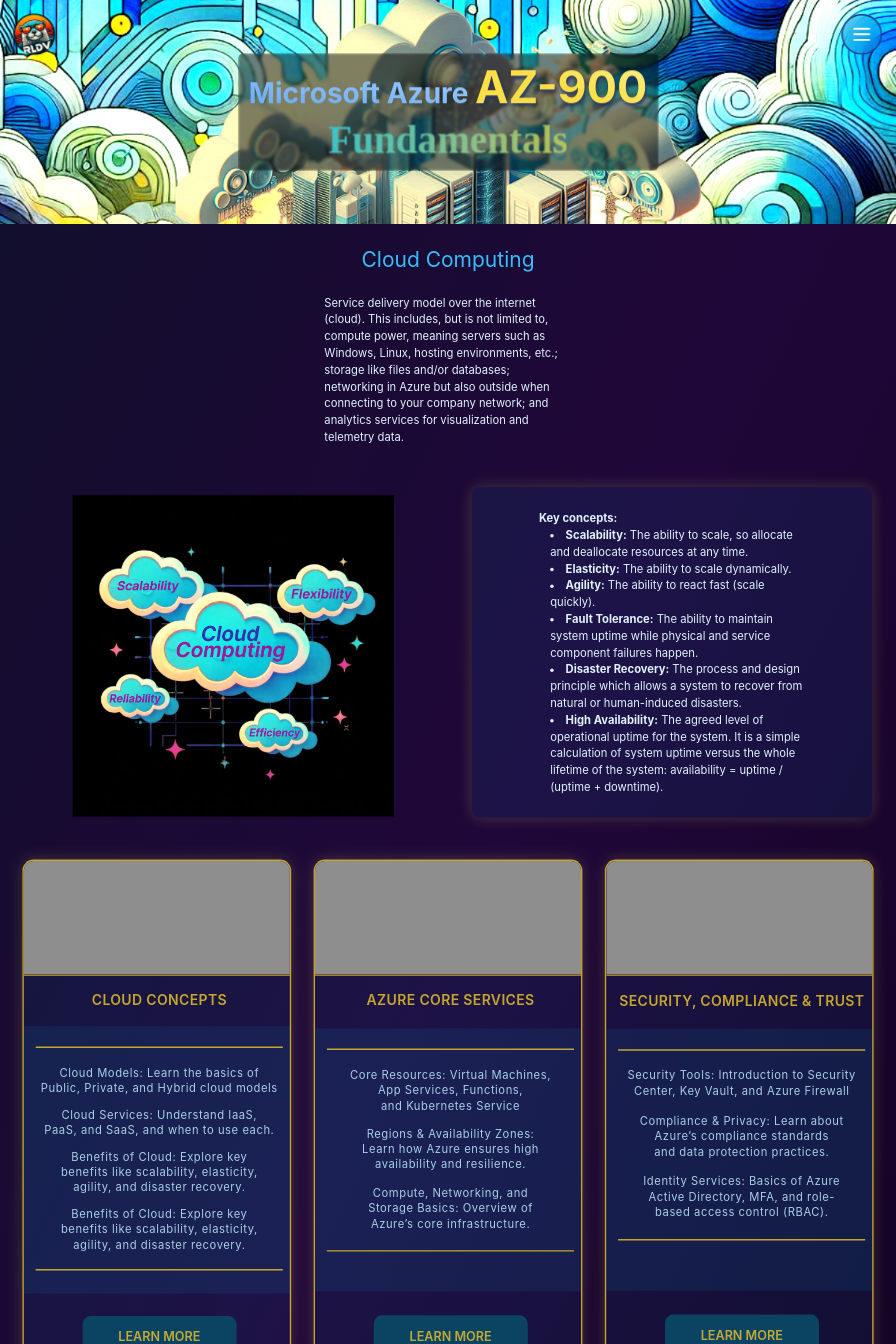
Repository: Freezler/az-900_svelte5
Page: /
An editor plug-in stored every save of this project. The page is shown before and after the next save, followed by the edit.
The browser window is 1280 px wide. The pictures show the part of the page from y = 0 to 1920 px (the page is 2706 px tall), at 70% of full size.
Pictures or frames that could not be fetched are drawn as grey boxes. The project was rebuilt for these pictures with package versions that can differ from the ones it lists, and the page was loaded fresh each time. The framework's server and built-in components were replaced by stand-ins that run in the browser. Also part of the build but not shown: vite.config.ts.

Above is the page before, as saved 2024-11-10 10:57:30.

### src/app.html
<!doctype html>
<html lang="en">
	<head>
		<meta charset="utf-8" />
		<link rel="icon" href="%sveltekit.assets%/favicon.png" />
		<meta name="viewport" content="width=device-width, initial-scale=1" />
		%sveltekit.head%
	</head>
	<body data-sveltekit-preload-data="hover" >
		<div style="display: contents">%sveltekit.body%</div>
	</body>
</html>

### src/routes/+layout.svelte
<script lang="ts">
	import '../app.css';
	let { children } = $props();

</script>

<div class="bg-gradient-to-br from-[#0d0c28fc] via-[#1b0135f9] to-[#10021e] bg-cover bg-center bg-no-repeat ">{@render children()}</div>

### src/routes/+page.svelte
<script lang="ts">
	import ComputingArticle from '../components/ComputingArticle.svelte';

	import Toggle from '../components/Toggle.svelte';
	import Header from '../components/Header.svelte';
	import Popover from '../components/Menu.svelte';
	import Cards from '../components/Cards.svelte';
	import Login from '../components/Login.svelte';
</script>

<header class="">
	<Popover />
	<Header />
</header>
<main>
	<section>
		<ComputingArticle />
		<Cards />
	</section>
	<aside><Toggle /></aside>
	<footer><Login /></footer>
</main>

### src/app.css
@tailwind base;
@tailwind components;
@tailwind utilities;

:root {
  --text-color  : rgba(244, 205, 48, 0.888);
  --bg-color    : hsla(217, 87%, 3%, 0.298);
  --bg-color2   : hsla(299, 91%, 31%, 0.974);
  --bg-gradient : 135deg, rgba(237, 249, 10, .7) 0%, rgba(216, 204, 37, 0.7) 35%, rgba(0, 212, 255, 0.7) 100%;
  --bg-gradient2: 90deg, rgba(216, 204, 37, 0.5) 0%, rgba(0, 212, 255, 0.5) 70%;
}

* {
  margin     : 0;
  padding    : 0;
  box-sizing : border-box;
  user-select: none;
  /* outline : 1px dotted red; */
}

body {
  font-family: 'Inter', sans-serif;


}

### src/components/ComputingArticle.svelte
<div class="grid items-center justify-center gap-8 place-self-center text-sky-100 w-[35ch] pt-8">
	<h2 class="text-3xl text-center text-sky-400">Cloud Computing</h2>
	<p>
		Service delivery model over the internet (cloud). This includes, but is not limited to, compute
		power, meaning servers such as Windows, Linux, hosting environments, etc.; storage like files
		and/or databases; networking in Azure but also outside when connecting to your company network;
		and analytics services for visualization and telemetry data.
	</p>
</div>

<section class="grid items-center grid-cols-1 lg:grid-cols-2 justify-center place-items-center place-self-center place-content-center gap-0	z-10 text-start">
	<img
		src="../public/images/cloud.png"
		alt="cloudSolutions"
		loading="lazy"

		class=" w-full md:w-[672px]  mx-auto rounded-2xl overflow-hidden  pr-12 -mt-8"
	/>
	<article
		class=" bg-sky-600/10  text-sky-100 px-24 py-8 w-[572px] mt-8 rounded-xl shadow-[0_0px_22px_rgba(255,255,99,0.2)]"
	>
		<p><strong>Key concepts:</strong></p>
		<ul class="list-inside list-disc pl-4">
			<li>
				<strong>Scalability:</strong> The ability to scale, so allocate and deallocate resources at any
				time.
			</li>
			<li><strong>Elasticity:</strong> The ability to scale dynamically.</li>
			<li><strong>Agility:</strong> The ability to react fast (scale quickly).</li>
			<li>
				<strong>Fault Tolerance:</strong> The ability to maintain system uptime while physical and service
				component failures happen.
			</li>
			<li>
				<strong>Disaster Recovery:</strong> The process and design principle which allows a system to
				recover from natural or human-induced disasters.
			</li>
			<li>
				<strong>High Availability:</strong> The agreed level of operational uptime for the system. It
				is a simple calculation of system uptime versus the whole lifetime of the system: availability
				= uptime / (uptime + downtime).
			</li>
		</ul>
	</article>
</section>

### src/components/Toggle.svelte
<script lang="ts">

	let name = $state('Randy');
	let status: 'DARK' | 'LIGHT' = $state('DARK');
	let full_name = $derived(name + ' ' + 'de vries');

	function toggle() {
		status = status === 'DARK' ? 'LIGHT' : 'DARK';
	}

	function onclick() {
		status = status === 'DARK' ? 'LIGHT' : 'DARK';
		window.document.body.classList.toggle('dark-mode')
	}
</script>

<div class="max-w-[400px] mx-auto grid place-items-center items-center justify-center gap-2 border-2 p-4  py-8 my-4 bg-yellow-600/10">
		<p class="text-2xl font-serif text-white ">
			set theme: <span class="font-sans {status === 'LIGHT' ? 'text-gray-200' : 'text-red-900'}">{status}</span>
		</p>

		<!-- <button on:click={toggle}>toggle status</button> -->
		<button
			class=" w-[176px] rounded bg-blue-500 px-4 py-2 font-bold text-white hover:bg-blue-700 active:scale-[.98]"
			type="button"
			onclick={toggle}>Toggle theme</button
		>
	</div>

### src/components/Header.svelte
<script lang="ts">
	// Declare props
	let { name = 'AZ-900' } = $props();

	// Local state for the surname
	let surname = $state('Fundamentals');

	// Derived state for the full name
	let full_name = $derived(`${name} ${surname}`);
</script>

<div
	class="max-w-[100svw] z-100 mx-auto grid h-80 place-content-center place-items-center items-center justify-center bg-[url('/public/images/headImage.png')] bg-cover bg-top"
>
	<div class="grid backdrop-blur-[2px] px-4 rounded-lg backdrop-brightness-[.50] pb-4">
		<h1
			class="shadow-[rgba(7, 25, 224, 0.9)] drop bg-clip-text text-center text-[clamp(1rem,5vw,2.5rem)] font-bold text-transparent bg-gradient-to-tr from-blue-400 via-blue-300 to-blue-700  drop-shadow-[-2px_2px_2px_rgba(137, 25, 224, 0.9)]"
		>
			Microsoft Azure <span
				class="bg-gradient-to-tr from-yellow-300 via-yellow-300 to-yellow-200 bg-clip-text text-[clamp(2.8rem,5vw,8.5rem)] font-bold text-transparent drop-shadow-[2px_4px_2px_rgba(36,50,100,0.9)]"
				>{name}</span
			>
		</h1>
		<h3
			class="bg-clip-text text-6xl text-center text-[clamp(1rem,5vw,3.5rem)] font-[700] font-[montserrat] bg-gradient-to-r from-[hsl(192,88%,51%)] via-[--hsl(192,88%,71%)] to-[--text-color]  pb- text-transparent drop-shadow-[2px_4px_32px_rgba(6,100,150,0.9)] backdrop-brightness-[.90] "
		>
			{surname}
		</h3>
	</div>
</div>

### src/components/Menu.svelte
<script lang="ts">
	import { cubicInOut } from 'svelte/easing';
	import { fly } from 'svelte/transition';
	let showMenu: boolean = $state(false);


</script>

	<!-- Your existing code -->

<img
	src="/public/images/Design 2.png"
	alt="Ran form Logo"
	class="fixed left-[16px] top-[16px] w-[64px] rounded-full z-[200]"
/>
<button
	onclick={() => (showMenu = !showMenu)}
	class="fixed right-[20px] top-[20px] flex  h-[58px] w-[58px] items-center justify-center rounded-full bg-blue-600/20 backdrop-blur text-white border-2 border-blue-900"
>
	<svg
		xmlns="http://www.w3.org/2000/svg"
		class="h-8 w-8"
		fill="none"
		viewBox="0 0 24 24"
		stroke="currentColor"
	>
		{#if showMenu}
			<path
				stroke-linecap="round"
				stroke-linejoin="round"
				stroke-width="2"
				d="M6 18L18 6M6 6l12 12"
			/>
		{:else}
			<path
				stroke-linecap="round"
				stroke-linejoin="round"
				stroke-width="2"
				d="M4 6h16M4 12h16M4 18h16"
			/>
		{/if}
	</svg>
</button>

{#if showMenu}
	<ul
		class="items-center justify-center fixed bottom-0 right-0 z-100 grid h-[50vh] w-[100vw] border-t border-blue-900 place-content-center bg-blue-600/20 backdrop-blur text-white uppercase text-center text-xl z-[200]"
		transition:fly={{ y: 100, duration: 420, easing: cubicInOut }}
	>
		<li class="px-2 py-4 w-[80vw] underline underline-offset-4 transition-colors ease-linear duration-400 hover:bg-blue-600/20 rounded-t-lg  bg-blue-200/30">
			<a href="/">Home</a>
		</li>
		<li class=" px-2 py-4 transition-colors hover:underline underline-offset-4  ease-linear duration-400 hover:bg-blue-600/20  bg-blue-200/30">
			<a href="/concepts">Concepts</a>
		</li>
		<li class=" px-2 py-4 transition-colors hover:underline underline-offset-4 ease-linear duration-400 hover:bg-blue-600/20  bg-blue-200/30">
			<a href="/security">Security</a>
		</li>
		<li class="px-2 py-4 transition-colors  hover:underline underline-offset-4 ease-linear duration-400 hover:bg-blue-600/20 rounded-b-lg  bg-blue-200/30">
			<a href="/services">Services</a>
		</li>
	</ul>
{/if}

### src/components/Cards.svelte
<script>
	import { goto } from '$app/navigation';
	// Define your plans as an array of objects
	const concepts = [
		{
			url: 'concepts',
			image:
				'https://learn.microsoft.com/training/achievements/microsoft-azure-fundamentals-describe-cloud-concepts-social.png',
			name: 'Cloud Concepts',
			features: [
				'Cloud Models: Learn the basics of Public, Private, and Hybrid cloud models',
				'Cloud Services: Understand IaaS, PaaS, and SaaS, and when to use each.',
				'Benefits of Cloud: Explore key benefits like scalability, elasticity, agility, and disaster recovery.',
				'Benefits of Cloud: Explore key benefits like scalability, elasticity, agility, and disaster recovery.'

			]
		},
		{
			url: 'services',
			image:
				'https://images.unsplash.com/photo-1667372459510-55b5e2087cd0?q=80&w=1932&auto=format&fit=crop&ixlib=rb-4.0.3&ixid=M3wxMjA3fDB8MHxwaG90by1wYWdlfHx8fGVufDB8fHx8fA%3D%3D',
			name: 'Azure Core Services',
			features: [
				'Core Resources: Virtual Machines, App Services, Functions, and Kubernetes Service',
				'Regions & Availability Zones: Learn how Azure ensures high availability and resilience.',
				'Compute, Networking, and Storage Basics: Overview of Azure’s core infrastructure.'
			]
		},
		{
			url: 'security',
			image:
				'https://plus.unsplash.com/premium_photo-1700830452756-1a3f4314e564?q=80&w=1674&auto=format&fit=crop&ixlib=rb-4.0.3&ixid=M3wxMjA3fDB8MHxwaG90by1wYWdlfHx8fGVufDB8fHx8fA%3D%3D',
			name: 'Security, Compliance & Trust',
			features: [
				'Security Tools: Introduction to Security Center, Key Vault, and Azure Firewall',
				'Compliance & Privacy: Learn about Azure’s compliance standards and data protection practices.',
				'Identity Services: Basics of Azure Active Directory, MFA, and role-based access control (RBAC).'
			]
		}
	];
</script>

<section
	class="z-10 grid grid-rows-1 gap-8 py-8 md:grid-cols-2 md:gap-8 md:px-8 xl:grid-cols-3"
>
	{#each concepts as concept}
		<div
			class=" pt-1  grid grid-rows-[148px_64px_auto_auto] place-items-center overflow-hidden rounded-2xl border-2 border-[--text-color] bg-sky-600/10 pb-9 shadow-[0_0px_22px_rgba(255,255,99,0.2)] brightness-90 transition duration-700 hover:scale-[1.001] hover:border-[hsla(184,69%,60%,1)] hover:shadow-[2px_6px_12px_rgba(22,125,22,0.9)]"
		>
			<img
				src={concept.image}
				class=" z-10 h-[172px] pt-2  w-full border-b-2 border-[--text-color] object-cover object-center hover:border-[hsla(184,69%,60%,1)]"
				loading="lazy"
				alt="concept"
			/>
			<div class="row-span-2 grid grid-cols-subgrid place-items-center items-center justify-center">
				<h2 class="] mt-[28px] text-xl font-semibold uppercase tracking-wide text-[--text-color]">
					{concept.name}
				</h2>
			</div>

			<div
				class=" row-span-12 my-5 w-full grid grid-rows-subgrid place-items-start items-start gap-4 text-pretty border border-transparent bg-sky-500/10 px-4 pt-7 pb-6 text-center"
			>
				{#each concept.features as feature}
					<h3
						class="border-b-1 mx-auto  grid w-[35ch]  grid-rows-subgrid text-balance border-[--text-color] px-0 text-[14px] font-normal leading-snug tracking-wider text-sky-200 py-0 first:border-t-2 first:pt-6 last:pb-6 last:border-b-2 lg:text-[16px] border-s-fuchsia-400 ">
						{feature}
					</h3>
				{/each}
			</div>
			<button
				type="button"
				class="mx-auto mt-3 w-[220px] grid-cols-subgrid rounded-xl border-[2px_solid_var(--text-color)] bg-sky-900 px-8 py-4 text-base font-semibold uppercase text-[--text-color] transition duration-[420ms] hover:bg-sky-500 hover:text-white hover:shadow-[2px_2px_22px_rgb(65,183,255,0.9)] md:text-lg lg:text-lg"
				><a href="/{concept.url}">Learn more</a></button
			>
		</div>
	{/each}
</section>

### src/components/Login.svelte
<script>
	import { onMount } from 'svelte';
	let user = $state('Stranger');
	/**
	 * @param {any} response
	 */
	function googleLoginEndpoint(response) {
	  console.log('Google login successful:', response);
	}

	// onMount(() => {
	//   const script = document.createElement("script");
	//   script.src = "https://accounts.google.com/gsi/client";
	//   script.async = true;
	//   script.defer = true;
	//   document.head.appendChild(script);
	// });
</script>

<div class="relative flex min-h-[60vh] items-center justify-center py-16 ">
	<div class="flex w-full max-w-4xl flex-col overflow-hidden rounded-lg shadow-lg md:flex-row">
		<!-- Left side: Logo and Welcome message -->
		<div
			class="flex flex-col items-center justify-center bg-[url('/public/images/headImage.png')] bg-cover bg-center object-cover p-14 text-white md:w-1/2 "
		>
			<img
				src="/public/images/Design 2.png"
				alt="Ran form Logo"
				class="mb-4 h-40 w-40 rounded-full"
			/>
			<h2 class="text-2xl font-semibold p-2 rounded-xl bg-slate-600/50  ">Good Evening {user}!</h2>
			<p class="mt-2 text-center text-lg rounded-xl bg-slate-600/50  p-2 ">Log in to your account!</p>
		</div>

		<!-- Right side: Login Form -->
		<div
			class="flex flex-col items-center justify-center  h-[50vh] bg-blue-600/40 backdrop-blur pt-8 "
		>
			<!-- Google Login Button -->
			<div
				id="g_id_onload"
				data-client_id="YOUR_GOOGLE_CLIENT_ID"
				data-context="signin"
				data-callback="googleLoginEndpoint"
				data-close_on_tap_outside="false"
				data-prompt_parent_id="g_id_onload"
			></div>

			<button
				class="flex w-3/5 items-center justify-center space-x-2 rounded-full border border-gray-300 bg-white py-2 shadow-md hover:bg-gray-50 focus:outline-none"
			>
				<span class="fab fa-google text-gray-500"></span>
				<span class="text-gray-700">Continue with Google</span>
			</button>

			<!-- Divider -->
			<div class="my-4 flex w-full items-center">
				<hr class="flex-grow border-t border-gray-300" />
				<span class="px-3 text-gray-500">OR</span>
				<hr class="flex-grow border-t border-gray-300" />
			</div>

			<!-- Email Login Button -->
			<button
				class="flex w-3/5 items-center justify-center space-x-2 rounded-full border border-gray-300 bg-white py-2 shadow-md hover:bg-gray-50 focus:outline-none"
			>
				<span class="fa fa-user text-gray-500"></span>
				<span class="text-gray-700">Enter Email & Password</span>
			</button>

			<!-- Sign up and Terms Links -->
			<div class=" w-full text-center">
				<p class="text-sm text-red-300">
					Don't have an account? <a href="_blank" class="text-blue-600 hover:underline">Sign up</a>
				</p>
				<p class="mt-0 text-xs text-gray-500 w-[50ch]">
					By continuing, you agree to our <a href="_blank" target="_blank" class="hover:underline"
						>Terms of Service</a
					>
					and
					<a href="_blank" target="_blank" class="hover:underline">Privacy Policy</a>.
				</p>
			</div>
		</div>
	</div>
</div>

### tailwind.config.ts
import aspectRatio from '@tailwindcss/aspect-ratio';
import containerQueries from '@tailwindcss/container-queries';
import forms from '@tailwindcss/forms';
import typography from '@tailwindcss/typography';
// import type { Config } from 'tailwindcss';

export default {
	content: ['./src/**/*.{html,js,svelte,ts}'],


	theme: {
		extend: {
			animation: {



			},

			keyframes: {

			}

		}
	},

	plugins: [typography, forms, containerQueries, aspectRatio]
}

After the next save:
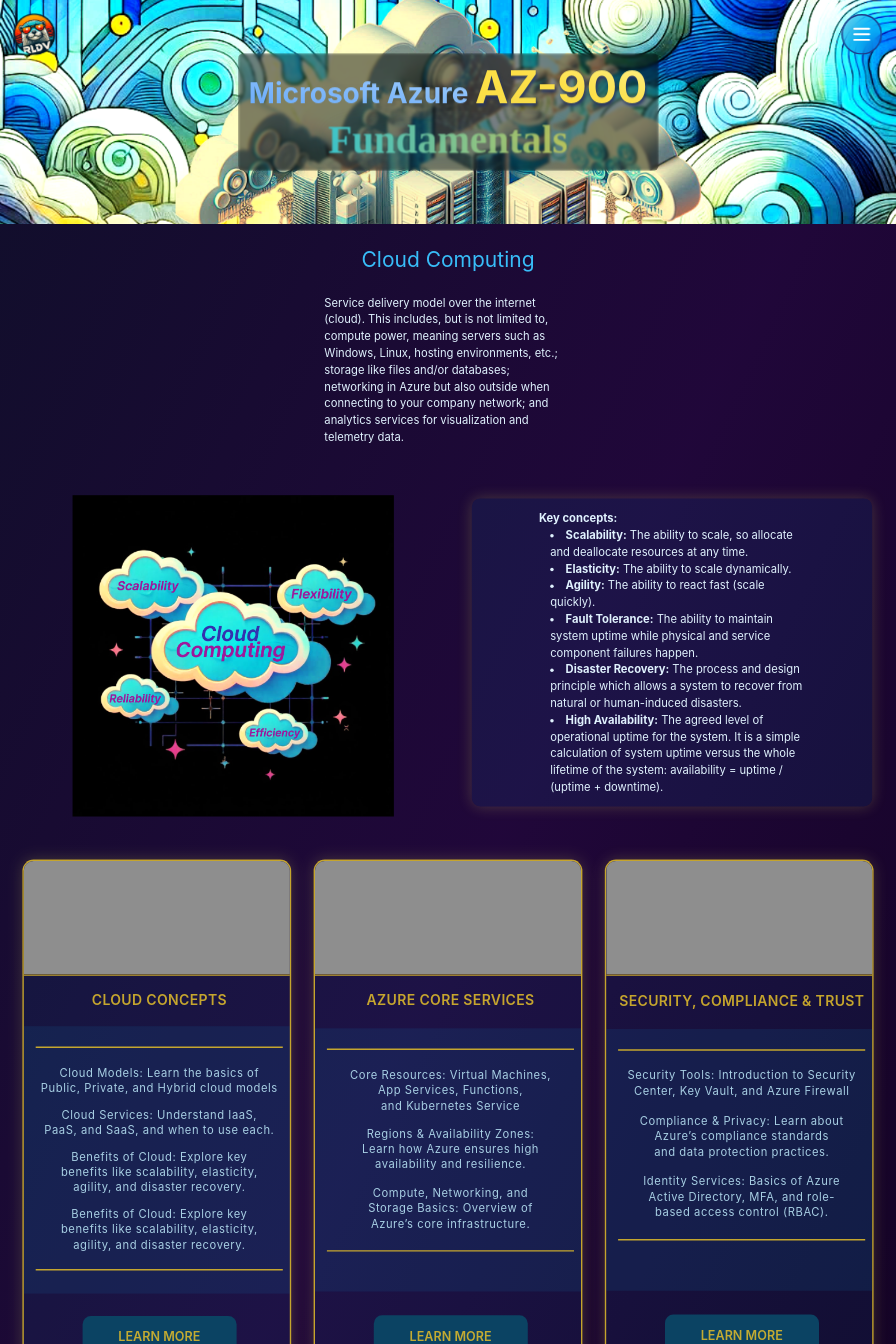
Saved 12 s later.
--- a/src/components/ComputingArticle.svelte
+++ b/src/components/ComputingArticle.svelte
@@ -17,7 +17,7 @@
 		class=" w-full md:w-[672px]  mx-auto rounded-2xl overflow-hidden  pr-12 -mt-8"
 	/>
 	<article
-		class=" bg-sky-600/10  text-sky-100 px-24 py-8 w-[572px] mt-8 rounded-xl shadow-[0_0px_22px_rgba(255,255,99,0.2)]"
+		class=" bg-sky-600/10  text-sky-100 px-24 py-4 w-[572px] mt-8 rounded-xl shadow-[0_0px_22px_rgba(255,255,99,0.2)]"
 	>
 		<p><strong>Key concepts:</strong></p>
 		<ul class="list-inside list-disc pl-4">
